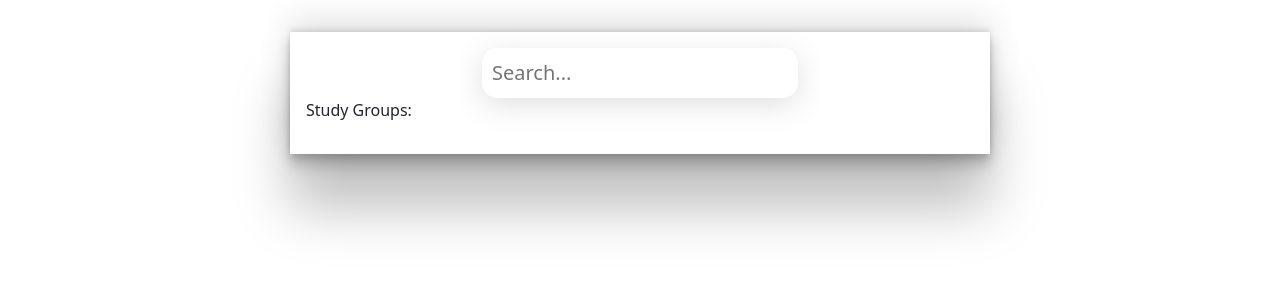
Repository: Omk1/RUStudy
Page: /
These files come from the project's save history. The page is drawn as it stood at one moment and after the next save; the edit follows.
The browser window is 1280 px wide. The pictures show the whole page.
The page's requests for data from a server got no answer. The project was rebuilt for these pictures with package versions that can differ from the ones it lists, and the page was loaded fresh each time. No one was signed in, and anything a server would have sent is missing. Also part of the build but not shown: src/Table.js, src/custom.scss.

Above is the page before, as saved 2023-10-08 09:13:36.

After the next save:
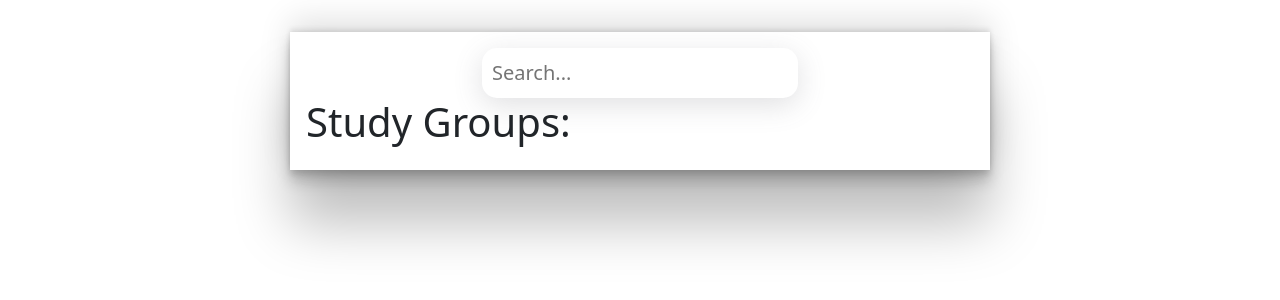
Saved 14 s later.
--- a/src/App.js
+++ b/src/App.js
@@ -53,7 +53,7 @@ function App() {
           placeholder="Search..."
           className="search"
           onChange={e=> setQuery(e.target.value.toLowerCase())}/>
-          <p>Study Groups:</p>
+          <h1>Study Groups:</h1>
           {
             search(groups).map((data) => (
                 <Table title={data.title}
